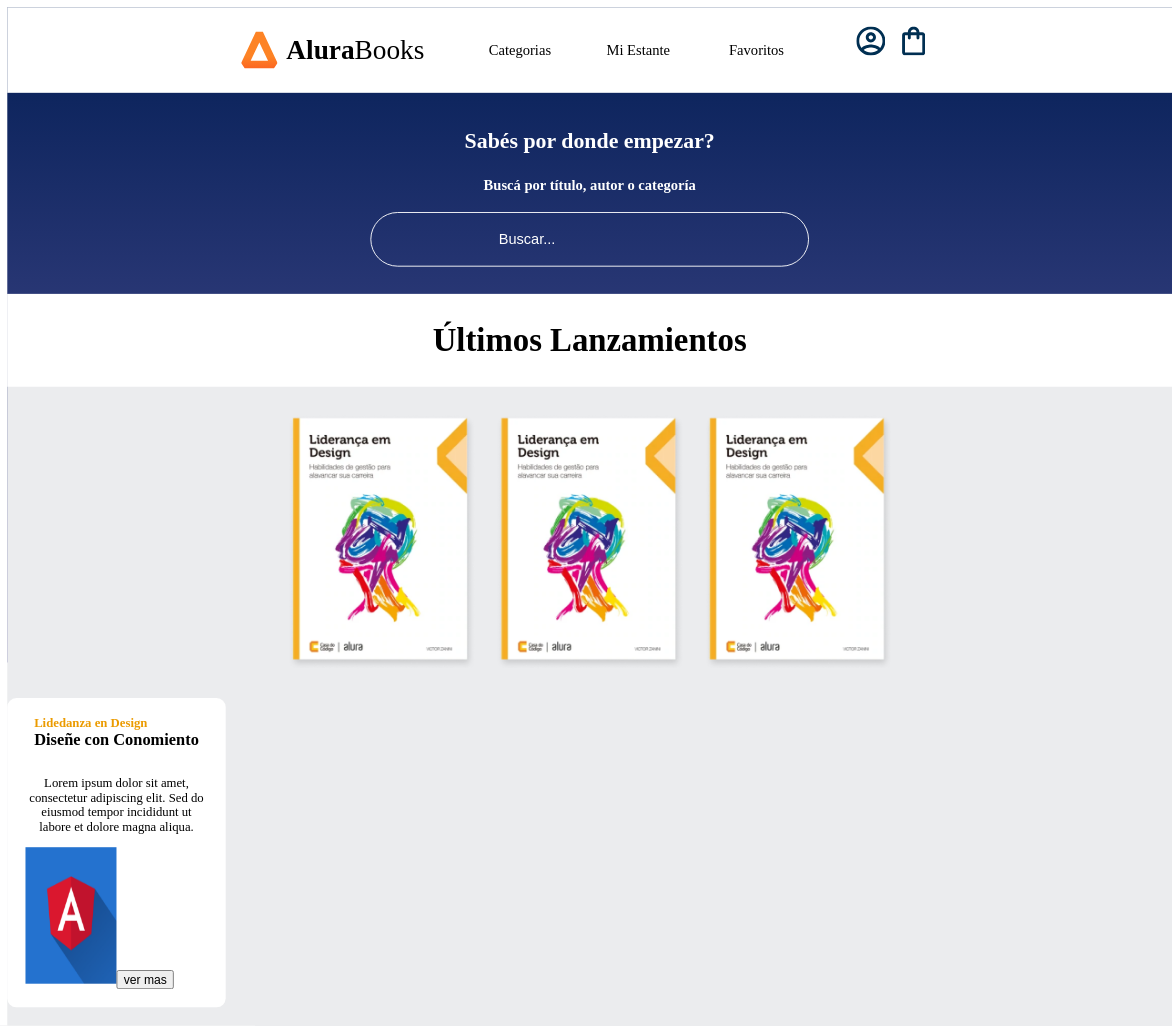
Repository: SandroG1977/Alura.Books
Page: /
The author's editor kept a copy of each file at every save. The page is drawn from the files as they stood at one save, then again after the next save.
The browser window is 1280 px wide. The page is 1288 px wide, so the pictures cover 1288 px, including what lies to the right of the window. The pictures show the whole page, at 91% of full size.
The project was rebuilt for these pictures with package versions that can differ from the ones it lists, and the page was loaded fresh each time.

Above is the page before, as saved 2026-04-09 18:39:12.

After the next save:
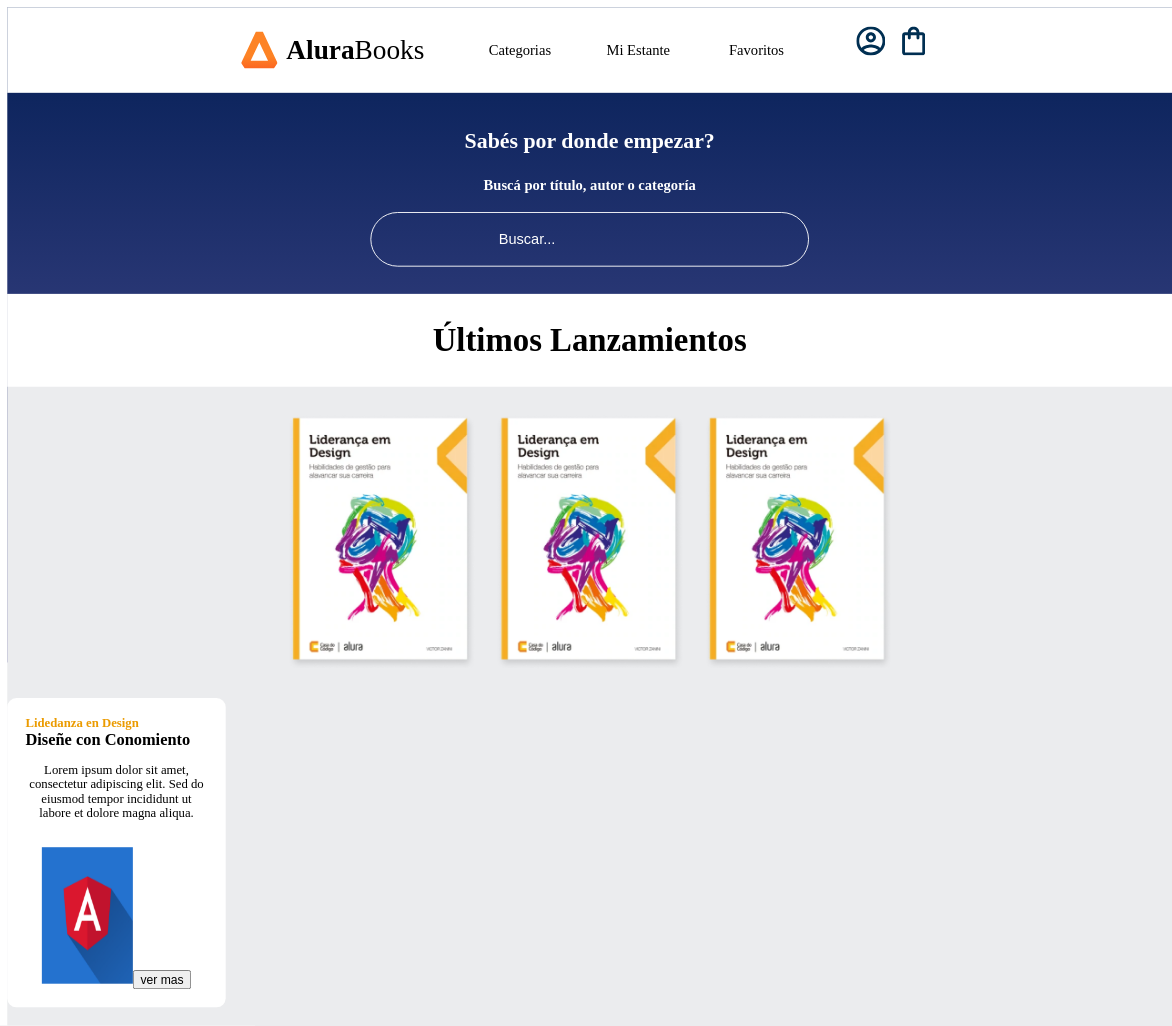
Saved 21 s later.
--- a/src/components/CardRecomandaciones/index.js
+++ b/src/components/CardRecomandaciones/index.js
@@ -53,9 +53,9 @@
             <div>
                 <Titulo>{titulo}</Titulo>
                 <Subtitulo>{subtitulo}</Subtitulo>
+                <Descripcion>{descripcion}</Descripcion>
             </div>
             <div>
-                <Descripcion>{descripcion}</Descripcion>
                 <Imagen src={imagen} alt={titulo} />
                 <Button>ver mas</Button>
             </div>
